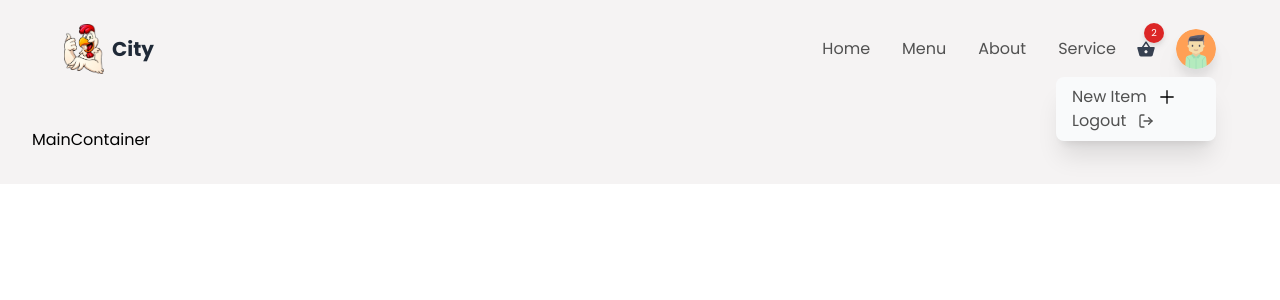
Repository: shikubro90/foodApp
Page: /
The author's editor kept a copy of each file at every save. The page is drawn from the files as they stood at one save, then again after a run of saves.
The browser window is 1280 px wide. The pictures show the whole page.
The project was rebuilt for these pictures with package versions that can differ from the ones it lists, and the page was loaded fresh each time. Also part of the build but not shown: src/Components/CreateContainer.jsx.

Above is the page before, as saved 2022-09-21 19:32:28.

### src/index.js
import React from 'react'
import ReactDOM from 'react-dom/client'
import './index.css'
import App from './App'

import {BrowserRouter} from 'react-router-dom'

import {StateProvider} from './context/StateProvider'
import {initialState} from './context/InitialState'
import reducer from './context/reducer'

const root = ReactDOM.createRoot(document.getElementById('root'));
root.render(
  <React.StrictMode>
    <BrowserRouter>
      <StateProvider initialState={initialState} reducer={reducer}>
        <App />
      </StateProvider>
    </BrowserRouter>
  </React.StrictMode>
);

### src/index.css
@import url(https://fonts.googleapis.com/css?family=Poppins:100,100italic,200,200italic,300,300italic,regular,italic,500,500italic,600,600italic,700,700italic,800,800italic,900,900italic);

*{
    margin: 0;
    padding: 0;
    box-sizing: border-box;
}
body{
    font-family: "Poppins", sans-serif, system-ui, -apple-system, BlinkMacSystemFont, 'Segoe UI', Roboto, Oxygen, Ubuntu, Cantarell, 'Open Sans', 'Helvetica Neue', sans-serif;
}

html, body{
    scroll-behavior: smooth;
}

@tailwind base;
@tailwind components;
@tailwind utilities;

@layer components {
    .newDishCard {
      @apply w-225 h-auto p-4 rounded-2xl shadow-2xl duration-100 ease-in-out bg-cardColor backdrop-blur-md hover:shadow-none hover:bg-gradient-to-bl from-emerald-400 to-emerald-700 flex flex-col items-center justify-center relative;
    }
  }

### src/App.js
import React from 'react'
import { Header, CreateContainer, MainContainer } from './Components'
import {Route, Routes} from 'react-router-dom'
import {AnimatePresence} from 'framer-motion'

const App = () => {
  return (
    <AnimatePresence>
      <div className="w-screen h-auto flex flex-col bg-primary ">
          <Header/>
          <main className='mt-24 p-8 w-full'>
            <Routes>
              <Route path='/' element={<MainContainer/>}/>
              <Route path='create' element={<CreateContainer/>}/>
            </Routes>
          </main>
      </div>
    </AnimatePresence>
  )
}

export default App

### src/context/InitialState.js
import { fetchUser } from "../utils/localStorageData"

const userInfo = fetchUser()

export const initialState = {
    user: userInfo,


}

### src/context/reducer.js
export const actionType = {
    SET_USER : "SET_USER"
};

const reducer = (state, action) =>{
    switch (action.type) {
        case actionType.SET_USER:
          return {
            ...state,
            user: action.user,
          };
        default :
        return state;
    }
}

export default reducer;

### src/Components/index.js
export {default as Header} from './Header'
export {default as MainContainer} from './MainContainer'
export {default as CreateContainer} from './CreateContainer'

### src/utils/localStorageData.js
export const fetchUser =()=>{
    const userInfo = localStorage.getItem("user") !== "undefined" ?
    JSON.parse(localStorage.getItem("user")): localStorage.clear();

    return userInfo
}

### src/Components/Header.jsx
import logo from '../img/logo.png'
import { IoMdBasket } from 'react-icons/io'
import {GrAdd} from 'react-icons/gr'
import {FiLogOut} from 'react-icons/fi'
import Avatar from '../img/avatar.png'
import { motion } from 'framer-motion'
import { Link, NavLink } from 'react-router-dom'

// firebase auth
import { getAuth, GoogleAuthProvider, signInWithPopup } from 'firebase/auth'

// get app from firebase.config.js file
import { app } from '../Firebase.config'
import { useStateValue } from '../context/StateProvider'
import { actionType } from '../context/reducer'


const Header = () => {

  const firebaseAuth = getAuth(app)
  const provider = new GoogleAuthProvider()
  const [{ user }, dispatch] = useStateValue();


  const login = async () => {
    if (!user){
      const {
        user: {refreshToken, providerData }
      } = await signInWithPopup(firebaseAuth, provider)
      dispatch({
        type: actionType.SET_USER,
        user: providerData[0],
      })
      localStorage.setItem("user", JSON.stringify(providerData[0]))
    }
  }


  return (
    <div className="fixed z-50 w-screen p-3 px-4 md:p-6 md:px-16 bg-primary">
      {/* Desktop & Tablet */}
      <div className="hidden md:flex w-full h-full items-center justify-between">
        <NavLink to={'/'}>
          <motion.div
            whileTap={{ scale: 0.6 }}
            className="flex items-center gap-2"
          >
            <img src={logo} alt="logo" className="w-10 object-cover" />
            <p className="text-gray-800 text-xl font-bold">City</p>
          </motion.div>
        </NavLink>

        <div className="flex justify-center items-center">
          <ul className="flex items-center justify-center gap-8 ml-auto">
            <li className="text-base text-textColor cursor-pointer hover:text-gray-600 duration-100 ease-in-out">
              Home
            </li>
            <li className="text-base text-textColor cursor-pointer hover:text-gray-600 duration-100 ease-in-out">
              Menu
            </li>
            <li className="text-base text-textColor cursor-pointer hover:text-gray-600 duration-100 ease-in-out">
              About
            </li>
            <li className="text-base text-textColor cursor-pointer hover:text-gray-600 duration-100 ease-in-out">
              Service
            </li>
          </ul>

          <div className="relative flex items-center justify-center ml-5 cursor-pointer">

            <motion.div whileTap={{ scale: 0.6 }}>
              <IoMdBasket className="text-xl text-gray-700" />
              <motion.span
                whileHover={{ scale: 1.1 }}
                className="drop-shadow-md rounded-full w-5 h-5 bg-cart bg-car bg-red-600 flex justify-center items-center text-[.6rem] text-white -top-4 -right-2 absolute"
              >
                2
              </motion.span>
            </motion.div>

          </div>

          <div className="relative">

            <motion.img
              whileTap={{ scale: 0.6 }}
              src={user ? user.photoURL : Avatar}
              alt=""
              className="w-6 h-6 min-w-[40px] min-h-[40px] ml-5 cursor-pointer drop-shadow-xl rounded-full"
              onClick={login}
            />
            <div className='w-40 shadow-xl absolute bg-gray-50 right-0 top-12 rounded-lg flex flex-col px-4 py-2'>
              <p className='px- flex items-center gap-3 cursor-pointer hover:bg-slate-200 transition-all duration-100 ease-in-out text-textColor text-base'>New Item <GrAdd/></p>
              <p className='flex items-center gap-3 cursor-pointer hover:bg-slate-200 transition-all duration-100 ease-in-out text-textColor text-base'>Logout <FiLogOut/></p>
            </div>

          </div>
        </div>
      </div>

      {/* Mobile */}
      <div className="flex md:hidden w-full h-full bg-blue-400">Mobile</div>
    </div>
  )
}

export default Header

### src/Firebase.config.js
import {getApp, getApps, initializeApp} from "firebase/app"
import {getFirestore} from "firebase/firestore"
import {getStorage} from "firebase/storage"

const firebaseConfig = {
    apiKey: "AIzaSyAGBeUhrzzT-68kroIN5G62mBqU-b-5so0",
    authDomain: "foodapp-6e162.firebaseapp.com",
    databaseURL: "https://foodapp-6e162-default-rtdb.firebaseio.com",
    projectId: "foodapp-6e162",
    storageBucket: "foodapp-6e162.appspot.com",
    messagingSenderId: "875229452645",
    appId: "1:875229452645:web:13552ebbe293467d7f698c"
  };

const app = getApps.length>0? getApp() : initializeApp(firebaseConfig);
const fireStore = getFirestore(app)
const storage = getStorage(app)

export {app, fireStore, storage}

### tailwind.config.js
/** @type {import('tailwindcss').Config} */
module.exports = {
  content: ['./src/**/*.{js,jsx,ts,tsx}'],
  theme: {
    extend: {
      width: {
        150: "150px",
        190: "190px",
        225: "225px",
        275: "275px",
        300: "300px",
        340: "340px",
        350: "350px",
        375: "375px",
        460: "460px",
        656: "656px",
        880: "880px",
        508: "508px",
      },
      height: {
        80: "80px",
        150: "150px",
        225: "225px",
        300: "300px",
        340: "340px",
        370: "370px",
        420: "420px",
        510: "510px",
        600: "600px",
        650: "650px",
        685: "685px",
        800: "800px",
        "90vh": "90vh",
      },
      minWidth: {
        210: "210px",
        350: "350px",
        620: "620px",
      },
      screens: {
        sm: "640px",
        md: "768px",
        lg: "1024px",
        xl: "1280px",
        "2xl": "1536px",
      },
      colors: {
        headingColor: "#2e2e2e",
        textColor: "#515151",
        cartNumBg: "#e80013",
        primary: "#f5f3f3",
        cardOverlay: "rgba(256,256,256,0.4)",
        lighttextGray: "#9ca0ab",
        card: "rgba(256,256,256,0.8)",
        cartBg: "#282a2c",
        cartItem: "#2e3033",
        cartTotal: "#343739",
      },
    },
  },
  plugins: [],
}

Loaded but not shown: src/context/StateProvider.js (common file); src/Components/MainContainer.jsx (common file)

After the next 9 saves:
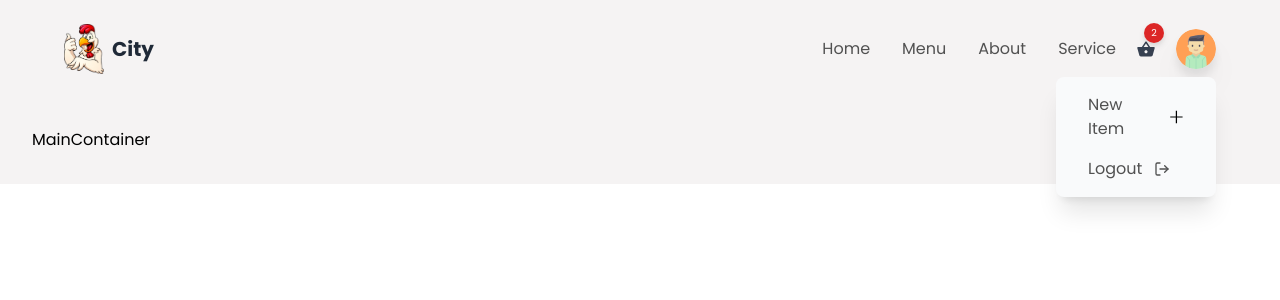
The 9 saves are shown as one change because they came seconds apart.
The last was saved 16 s later.
--- a/src/Components/Header.jsx
+++ b/src/Components/Header.jsx
@@ -90,8 +90,8 @@ const Header = () => {
               onClick={login}
             />
             <div className='w-40 shadow-xl absolute bg-gray-50 right-0 top-12 rounded-lg flex flex-col px-4 py-2'>
-              <p className='px- flex items-center gap-3 cursor-pointer hover:bg-slate-200 transition-all duration-100 ease-in-out text-textColor text-base'>New Item <GrAdd/></p>
-              <p className='flex items-center gap-3 cursor-pointer hover:bg-slate-200 transition-all duration-100 ease-in-out text-textColor text-base'>Logout <FiLogOut/></p>
+              <p className='px-4 py-2 flex items-center gap-3 cursor-pointer hover:bg-slate-200 transition-all duration-100 ease-in-out text-textColor text-base'>New Item <GrAdd/></p>
+              <p className='px-4 py-2 flex items-center gap-3 cursor-pointer hover:bg-slate-200 transition-all duration-100 ease-in-out text-textColor text-base'>Logout <FiLogOut/></p>
             </div>
 
           </div>
